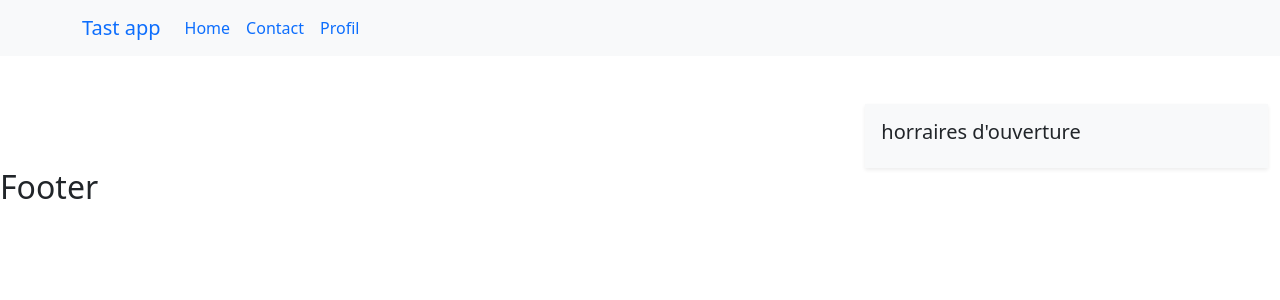
Repository: FS-23/php-getstarted
Page: http://localhost/
These files come from the project's save history. The page is drawn as it stood at one moment and after the next save; the edit follows.
The browser window is 1280 px wide. The pictures show the whole page.
The page is run by PHP 8.4 with error messages shown; the project is at /var/www/html/.

Above is the page before, as saved 2022-05-28 12:10:08.

After the next save:
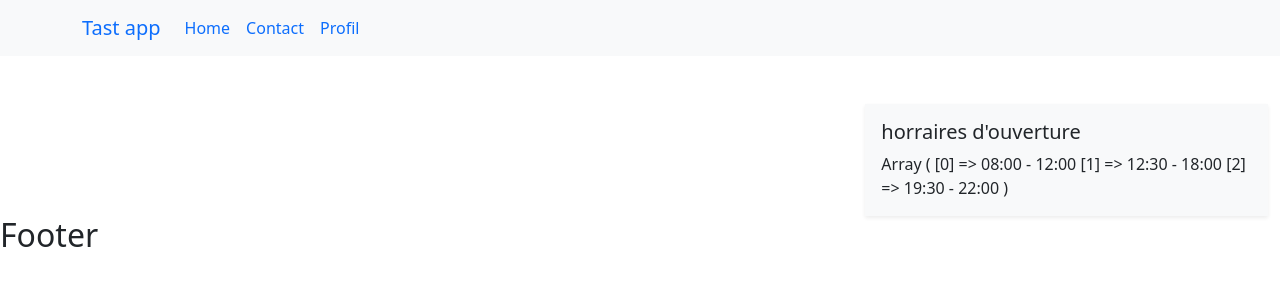
Saved 29 s later.
--- a/demoAPP/index.php
+++ b/demoAPP/index.php
@@ -15,7 +15,9 @@
         <div class="shadow-sm bg-light p-3 mt-5">
             <h5> horraires d'ouverture</h5>
             <div class="mt-2">
-
+                   <?php
+                        print_r($horraire)
+                   ?>
             </div>
         </div>
     </div>
